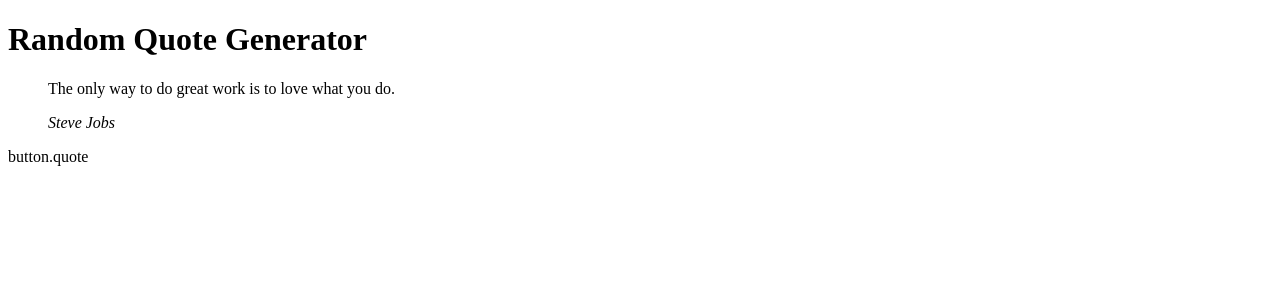
Repository: RiyaRoy05/RandomQuoteGenerator
Page: /
These files come from the project's save history. The page is drawn as it stood at one moment and after the next save; the edit follows.
The browser window is 1280 px wide. The pictures show the whole page.
The project was rebuilt for these pictures with package versions that can differ from the ones it lists, and the page was loaded fresh each time. Also part of the build but not shown: vite.config.js.

Above is the page before, as saved 2025-05-21 17:12:38.

### src/main.js
import { createApp } from 'vue'
import App from './App.vue'

if (import.meta.env.PROD) {
  if (typeof window.__VUE_DEVTOOLS_GLOBAL_HOOK__ !== 'undefined') {
    window.__VUE_DEVTOOLS_GLOBAL_HOOK__.Vue = null;
  }
}

createApp(App).mount('#app')

### src/App.vue
<script setup>
import RandomQuoteGenerator from './components/RandomQuoteGenerator .vue';
</script>


<template>
  <RandomQuoteGenerator />
</template>

### src/components/RandomQuoteGenerator .vue
<script setup>
import { ref, onMounted } from 'vue';

const quotes = ref([
  {
    text: "The only way to do great work is to love what you do.",
    author: "Steve Jobs",
  },
  {
    text: "Believe you can and you're halfway there.",
    author: "Theodore Roosevelt",
  },
  {
    text: "Life is what happens when you're busy making other plans.",
    author: "John Lennon",
  },
]);

const currentQuote = ref({text:"", author:""})

const getRandomQuote = () => {
    const randomInddex = Math.floor(Math.random() * quotes.value.length)
    currentQuote.value = quotes.value[randomInddex]
}

onMounted(getRandomQuote)

</script>

<template>
    <div class="quote-generator">
        <h1 class="app-title">Random Quote Generator</h1>
        <blockquote class="quote-conatiner">
        <p>{{ currentQuote.text }}</p>
        <cite>{{ currentQuote.author }}</cite>
        </blockquote>

        button.quote
    </div>
</template>

Loaded but not shown: index.html (common file)

After the next save:
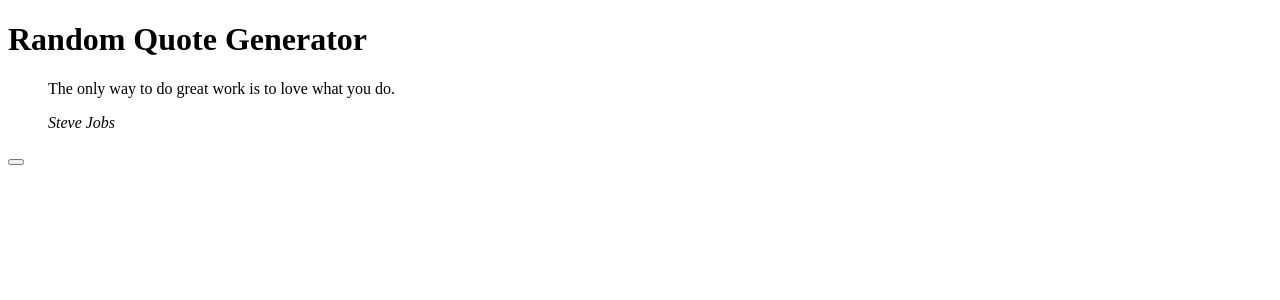
Saved 6 s later.
--- a/src/components/RandomQuoteGenerator .vue
+++ b/src/components/RandomQuoteGenerator .vue
@@ -35,6 +35,6 @@
         <cite>{{ currentQuote.author }}</cite>
         </blockquote>
 
-        button.quote
+        <button class="quote-button"></button>
     </div>
 </template>
